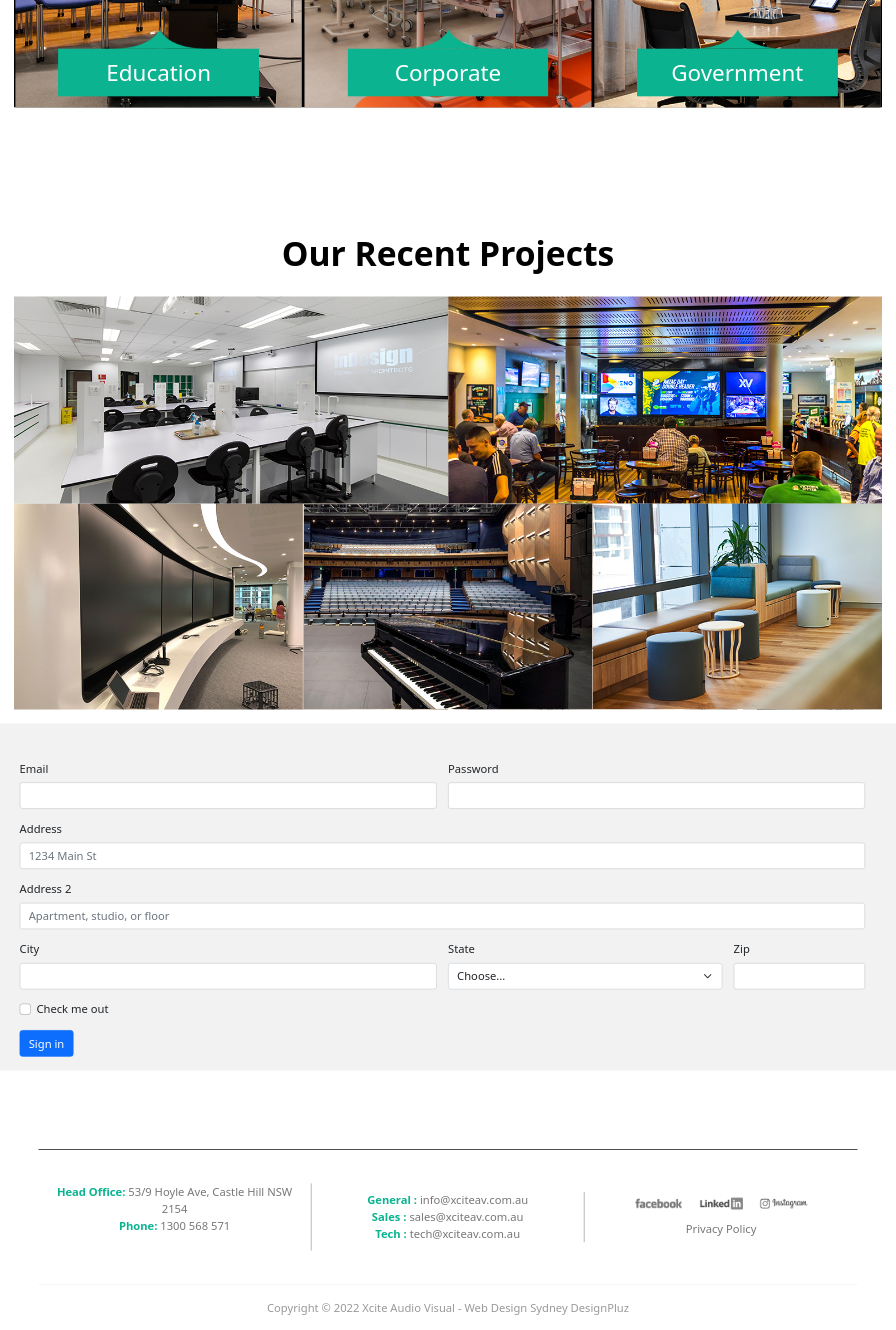
Repository: Imprasna/designplus
Page: index.html
The author's editor kept a copy of each file at every save. The page is drawn from the files as they stood at one save, then again after the next save.
The browser window is 1280 px wide. The pictures show the part of the page from y = 1831 to 3751 px (the page is 3731 px tall before and 3751 px after), at 70% of full size.

Above is the page before, as saved 2022-03-17 00:13:31.

### index.html
<!DOCTYPE html>
<html lang="en">

<head>
  <meta charset="UTF-8">
  <meta http-equiv="X-UA-Compatible" content="IE=edge">
  <meta name="viewport" content="width=device-width, initial-scale=1.0">
  <link href="https://cdn.jsdelivr.net/npm/bootstrap@5.1.3/dist/css/bootstrap.min.css" rel="stylesheet"
    crossorigin="anonymous">
  <script src="https://cdn.jsdelivr.net/npm/bootstrap@5.1.3/dist/js/bootstrap.bundle.min.js" crossorigin="anonymous">
  </script>
  <link rel="stylesheet" href="style.css">
  <title>DesignPlus</title>
</head>

<body>

  <header>
    <div class="container-fluid">
      <nav class="navbar navbar-expand-lg navbar-light bg-light">
        <div class="container-fluid">
          <a class="navbar-brand" href="#"><img src="assets/Images/XCITEAV_logo.svg" alt=""></a>
          <button class="navbar-toggler" type="button" data-bs-toggle="collapse"
            data-bs-target="#navbarSupportedContent" aria-controls="navbarSupportedContent" aria-expanded="false"
            aria-label="Toggle navigation">
            <span class="navbar-toggler-icon"></span>
          </button>
          <div class="collapse navbar-collapse" id="navbarSupportedContent">
            <ul class="navbar-nav ms-auto mb-2 mb-lg-0">
              <li class="nav-item">
                <a class="nav-link active" aria-current="page" href="#">About</a>
              </li>
              <li class="nav-item">
                <a class="nav-link" href="#">Industries</a>
              </li>
              <li class="nav-item">
                <a class="nav-link" href="#">Xcite Care</a>
              </li>
              <li class="nav-item">
                <a class="nav-link" href="#">Projects</a>
              </li>
              <li class="nav-item">
                <a class="nav-link" href="#">Clients</a>
              </li>
              <li class="nav-item">
                <a class="nav-link" href="#">Contact Us</a>
              </li>
              <li class="nav-item tel-phone">
                <a href="tel:1300568571" class="nav-link">T: 1300 568 571</a>
              </li>
            </ul>
            <!-- <form class="d-flex">
                      <input class="form-control me-2" type="search" placeholder="Search" aria-label="Search">
                      <button class="btn btn-outline-success" type="submit">Search</button>
                    </form> -->
          </div>
        </div>
      </nav>
    </div>
  </header>

  <main>
    <section>
      <div class="container-fluid hero_sec">
        <img src="assets/Images/hero-banner.jpg" alt="">
        <p class="hero_texts">
          <span>Focused on</span> Providing reliable, robust solutions
        </p>
      </div>
    </section>

    <section>
      <div class="container-fluid second_sec">
        <div class="container-fluid">
          <div class="row second_sec-block">
            <div class="col-sm-5 col-md-6">
              <p>
                <span>Xcite Audio Visual</span> is a technology based company focused on providing reliable, robust
                solutions that enhance the user experience for our client's projects.
              </p>
              <p class="description">
                Since 2009, Xcite Audio Visual has been a leading audio visual integration specialist.
              </p>
              <a href="#">Read More</a>
            </div>
            <div class="col-sm-5 col-md-6 second_sec-img">
              <img src="assets/Images/about-ring.png" alt="">
              <p class="fifty">
                <span>50</span>
                years Experience
              </p>
            </div>
          </div>
        </div>
      </div>
    </section>

    <section>
      <div class="container-fluid industries">
        <div class="container-fluid">
          <div class="row industries_block">
            <h1>Industries</h1>
            <div class="col-md-4 g-1 align-items-end">
              <div class="card" style="width: 100%;">
                <img src="assets/Images/service_education.jpg" class="card-img-top" alt="...">
                <a href="#" class="btn btn-primary">Education</a>
                <!-- <div class="card-body">
                </div> -->
              </div>
            </div>
            <div class="col-md-4 g-1 align-items-end">
              <div class="card" style="width: 100%;">
                <img src="assets/Images/service_government.jpg" class="card-img-top" alt="...">
                <a href="#" class="btn btn-primary">Corporate</a>
                <!-- <div class="card-body">
                </div> -->
              </div>
            </div>
            <div class="col-md-4 g-1 align-items-end">
              <div class="card" style="width: 100%;">
                <img src="assets/Images/service_corporate.jpg" class="card-img-top" alt="...">
                <a href="#" class="btn btn-primary">Government</a>
                <!-- <div class="card-body">
                </div> -->
              </div>
            </div>
          </div>
        </div>
      </div>
    </section>

    <section>
      <div class="container-fluid third_sec">
        <div class="container-fluid">
          <div class="row third_sec-block">
            <h1>Our Recent Projects</h1>
            <div class="col-md-6 gx-0">
              <img src="assets/Images/recent_project_01.jpg" alt="">
            </div>
            <div class="col-md-6 gx-0">
              <img src="assets/Images/recent_project_02.jpg" alt="">
            </div>
          </div>
          <div class="row third_sec-block-2">
            <div class="col-md-4 gx-0">
              <img src="assets/Images/recent_project_03.jpg" alt="">
            </div>
            <div class="col-md-4 gx-0">
              <img src="assets/Images/recent_project_04.jpg" alt="">
            </div>
            <div class="col-md-4 gx-0">
              <img src="assets/Images/recent_project_05.jpg" alt="">
            </div>
          </div>
        </div>
      </div>
    </section>

    <section>
      <div class="container-fluid contact_sec">
        <div class="container-fluid">
          <div class="row">
            <form class="row g-3">
              <div class="col-md-6">
                <label for="inputEmail4" class="form-label">Email</label>
                <input type="email" class="form-control" id="inputEmail4">
              </div>
              <div class="col-md-6">
                <label for="inputPassword4" class="form-label">Password</label>
                <input type="password" class="form-control" id="inputPassword4">
              </div>
              <div class="col-12">
                <label for="inputAddress" class="form-label">Address</label>
                <input type="text" class="form-control" id="inputAddress" placeholder="1234 Main St">
              </div>
              <div class="col-12">
                <label for="inputAddress2" class="form-label">Address 2</label>
                <input type="text" class="form-control" id="inputAddress2" placeholder="Apartment, studio, or floor">
              </div>
              <div class="col-md-6">
                <label for="inputCity" class="form-label">City</label>
                <input type="text" class="form-control" id="inputCity">
              </div>
              <div class="col-md-4">
                <label for="inputState" class="form-label">State</label>
                <select id="inputState" class="form-select">
                  <option selected>Choose...</option>
                  <option>...</option>
                </select>
              </div>
              <div class="col-md-2">
                <label for="inputZip" class="form-label">Zip</label>
                <input type="text" class="form-control" id="inputZip">
              </div>
              <div class="col-12">
                <div class="form-check">
                  <input class="form-check-input" type="checkbox" id="gridCheck">
                  <label class="form-check-label" for="gridCheck">
                    Check me out
                  </label>
                </div>
              </div>
              <div class="col-12">
                <button type="submit" class="btn btn-primary">Sign in</button>
              </div>
            </form>
          </div>
        </div>
      </div>
    </section>

  </main>

  <footer>
    <div class="container-fluid footer_sec">
      <div class="container-fluid">
        <div class="row align-items-center footer_sec-block">
          <div class="line"></div>
            <div class="col-md-4 text-center top_sec">
              <p>Head Office: <a href="#">53/9 Hoyle Ave, Castle Hill NSW 2154</a></p>
              <p>Phone: <a href="tel:1300 568 571">1300 568 571</a></p>
              <p>&nbsp;</p>
            </div>
            <div class="col-md-4 text-center middle_sec">
              <p>General :<a href="#"> info@xciteav.com.au</a> </p>
              <p>Sales :<a href="#"> sales@xciteav.com.au</a> </p>
              <p>Tech :<a href="#"> tech@xciteav.com.au</a> </p>
            </div>
            <div class="col-md-4 text-center social_icons">
              <div>
                <img src="assets/Images/social-facebook-icon.png" alt="">
                <img src="assets/Images/social-linkedin-icon.png" alt="">
                <img src="assets/Images/social-instagram-icon.png" alt="">
              </div>
              <a href="#">Privacy Policy</a>
            </div>
            <div class="bottom-line"></div>
        </div>
      </div>
    </div>
    <div class="container-fluid copyright">
      <div class="container-fluid">
        <div class="row">
          <a href="#" class="text-center">Copyright &#169; 2022 Xcite Audio Visual - Web Design Sydney DesignPluz</a>
        </div>
      </div>
    </div>
  </footer>



</body>

</html>

### style.css
* {
    margin: 0;
    padding: 0;
    box-sizing: border-box;
}

html {
    scroll-behavior: smooth;
}


.hero_sec > img {
    width: 100%;
}

.container-fluid.hero_sec {
    padding: 0;
    position: relative;
}

p.hero_texts {
    position: absolute;
    top: 40%;
    left: 5%;
    font-size: 3.2rem;
    line-height: 1.3;
    font-weight: 700;
    color: #fff;
    max-width: 35%;
    width: 28%;
    z-index: 2;
}

p.hero_texts > span {
    position: relative;
    z-index: 2;
}

p.hero_texts > span::after {
    content: '';
    position: absolute;
    bottom: 7px;
    left: 0;
    width: 100%;
    height: 10px;
    background: #0BB390;
    z-index: -1;
}

.container-fluid.second_sec {
    padding: 20px;
    background: #fff;
}

.container-fluid.second_sec > .container-fluid {
    background: #f1f1f1;
}

.row.second_sec-block {
    display: flex;
    align-items: center;
    width: 95%;
    margin: 0 auto;
    padding: 4rem 0;
}

.row.second_sec-block > .col-sm-5.col-md-6 > p {
    font-size: 2.5rem;
    line-height: 1.3;
    font-weight: 600;
}

.row.second_sec-block > .col-sm-5.col-md-6 > p span {
    color: #0BB390;
}

.col-sm-5.col-md-6.second_sec-img {
    display: flex;
    justify-content: end;
    position: relative;
}

.row.second_sec-block > .col-sm-5.col-md-6 > p.description {
    font-size: 1.5rem;
    font-weight: 400;
}

.col-sm-5.col-md-6 > a {
    text-decoration: none;
    font-size: 1.1rem;
    font-weight: 700;
    color: #000;
    position: relative;
}

.col-sm-5.col-md-6 > a::after {
    content: '';
    position: absolute;
    height: 1px;
    width: 50px;
    background: #000;
    top: 13px;
    left: 110%;
}

.col-sm-5.col-md-6 > a::before {
    content: '';
    position: absolute;
    height: 13px;
    width: 13px;
    background: #99CF16;
    border-radius: 50%;
    left: 120%;
    top: 7px;
    z-index: 1;
}

.col-sm-5.col-md-6.second_sec-img > img {
    width: 60%;
    height: 100%;
}

.col-sm-5.col-md-6.second_sec-img > p.fifty {
    position: absolute;
    top: 6rem;
    left: 70%;
    display: flex;
    flex-direction: column;
    align-items: center;
    text-transform: uppercase;
    width: 1%;
    text-align: center;
    font-size: 2rem;
}

.col-sm-5.col-md-6.second_sec-img > p.fifty span {
    font-size: 3rem;
    font-weight: 700;
    color: #000;
}


.container-fluid.industries {
    background: #fff;
    padding: 20px 20px 0;
}

.container-fluid.industries > .container-fluid {
    background: #000;
}

.row.industries_block {
    padding-top: 10rem;
}

.row.industries_block > h1 {
    font-size: 3rem;
    font-weight: 700;
    color: #fff;
    text-align: center;
    margin-bottom: 2rem;
}

.card {
    border-radius: 0;
    position: relative;
    border: none;
}

.card > img {
    border-radius: 0;
}

a.btn.btn-primary {
    width: 70%;
    margin: 0 auto;
    padding: 10px 2px;
    position: absolute;
    bottom: 1rem;
    left: 15%;
    border-radius: 0;
    background: #0BB390;
    outline: none;
    border: none;
    font-size: 2rem;
    font-weight: 500;
}

a.btn.btn-primary::before {
    content: url(./assets/Images/service-shape.png);
    position: absolute;
    bottom: 3.5rem;
    left: 0;
    width: 100%;
}

.container-fluid.third_sec {
    padding: 20px;
    background: #fff;
}

.row.third_sec-block > .col-md-6.gx-0 > img {
    width: 100%;
}

.row.third_sec-block-2 > .col-md-4.gx-0 > img {
    width: 100%;
    height: auto;
}

.row.third_sec-block {
    padding-top: 10rem;
}

.row.third_sec-block > h1 {
    font-size: 3rem;
    font-weight: 700;
    color: #000;
    text-align: center;
    margin-bottom: 2rem;
}

.container-fluid.contact_sec {
    padding: 20px;
    background: #f2f2f2;
}

.container-fluid.contact_sec > .

.container-fluid.footer_sec {
    padding: 20px 20px 0;
    background: #fff;
}

.row.align-items-center.footer_sec-block {
    padding-top: 7rem;
    width: 95%;
    margin: 0 auto;
}

.line {
    width: 100%;
    height: 1px;
    background: #000;
    margin-bottom: 3rem;
}

.bottom-line {
    width: 100%;
    height: 1px;
    background: #f2f2f2;
    margin-top: 3rem;
}

.col-md-4.text-center.top_sec {
    height: 100%;
    border-right: 1px solid #999;
    position: relative;
}

.col-md-4.text-center.middle_sec {
    height: 100%;
    border-right: 1px solid #999;
    position: relative;
}

.col-md-4.text-center > p {
    color: #0BB390;
    font-weight: 600;
    margin-bottom: 0;
}

.col-md-4.text-center > p > a {
    font-weight: 400;
    color: #777;
    text-decoration: none;
}

.col-md-4.text-center.social_icons > div {
    display: flex;
    justify-content: center;
    gap: 1rem;
}

.col-md-4.text-center.social_icons > div > img {
    width: 20%;
    filter: grayscale(1);
    opacity: .7;
    margin-bottom: 15px;
}

.col-md-4.text-center.social_icons > a {
    text-decoration: none;
    font-size: 1rem;
    color: #777;
}

.container-fluid.copyright {
    padding: 20px;
    background: #fff;
    margin: 0;
}

.container-fluid.copyright > .container-fluid {
    background: #fff;
}

.container-fluid.copyright > .container-fluid  > .row > a {
    text-decoration: none;
    font-size: 1rem;
    color: #999;
}

After the next save:
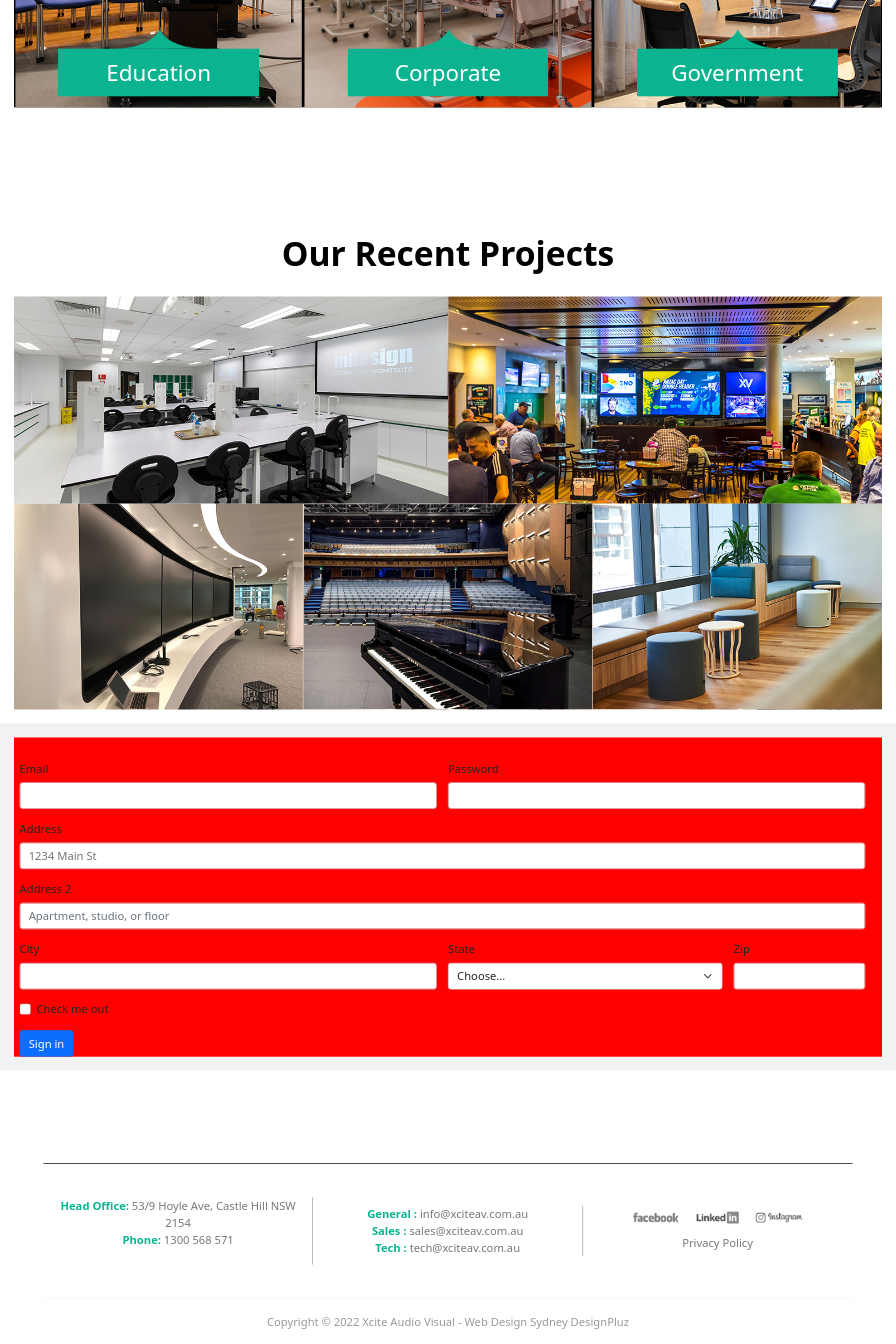
Saved 5 s later.
--- a/style.css
+++ b/style.css
@@ -225,7 +225,9 @@
     background: #f2f2f2;
 }
 
-.container-fluid.contact_sec > .
+.container-fluid.contact_sec > .container-fluid {
+    background: red;
+}
 
 .container-fluid.footer_sec {
     padding: 20px 20px 0;
